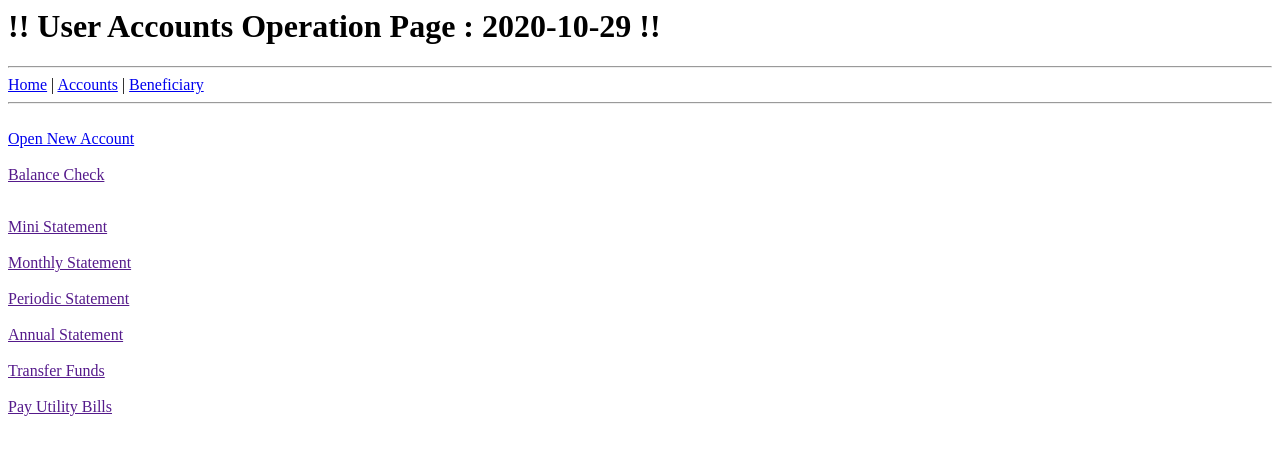
Repository: anik84/ibs
Page: http://localhost/IBS/user_accounts.jsp
These files come from the project's save history. The page is drawn as it stood at one moment and after the next save; the edit follows.
The browser window is 1280 px wide. The pictures show the whole page.
The page is served by Tomcat 9. Other server files are loaded and not shown.

Above is the page before, as saved 2020-10-29 09:10:58.

### IBS_JSPs/IBS/WebContent/user_accounts.jsp
<%@page import="java.time.LocalDate"%>
<html>
<head>
<title>user account operations</title>
</head>
<body>
	<h1>
		!! User Accounts Operation Page :
		<%=LocalDate.now()%>
		!!
	</h1>
	<jsp:include page="user_home_menu.jsp" />

	<br />
	<a href="user_open_account_form.jsp">Open New Account</a><br /><br />

	<form action="displaybalance" method="POST">
		<a href="">Balance Check</a><br /><br />
	</form>

	<a href="">Mini Statement</a><br /><br />
	<a href="">Monthly Statement</a><br /><br />
	<a href="">Periodic Statement</a><br /><br />
	<a href="">Annual Statement</a><br /><br />
	<a href="">Transfer Funds</a><br /><br />
	<a href="">Pay Utility Bills</a><br /><br />

</body>
</html>

### IBS_JSPs/IBS/WebContent/user_home_menu.jsp
<nav>
	<hr />
	 <a href="user_home.jsp">Home</a>
	 <span> | </span>
	 <a href="user_accounts.jsp">Accounts</a>
	 <span> | </span>
	 <a href="user_beneficiary.jsp">Beneficiary</a>
	<hr />
</nav>

After the next save:
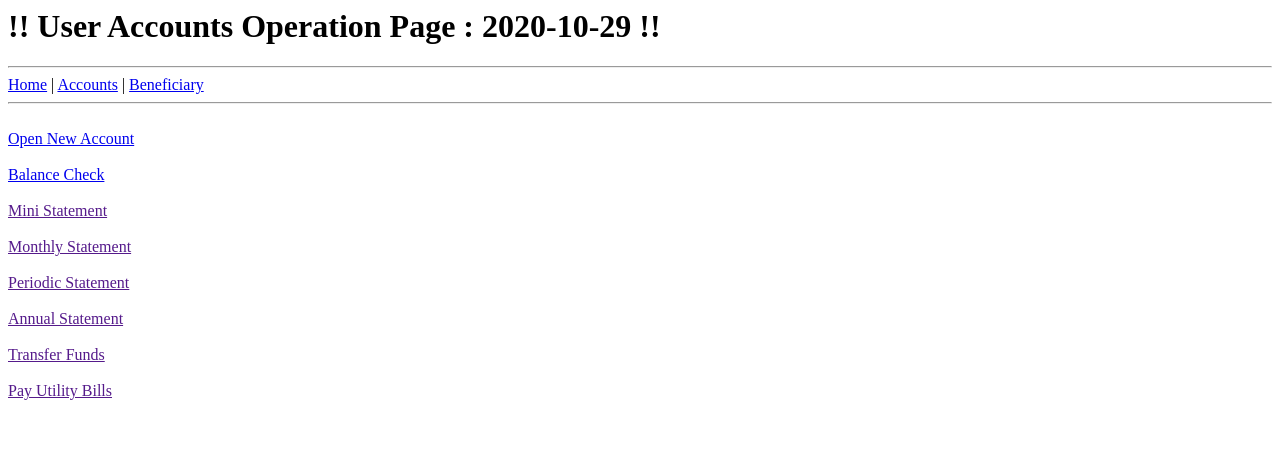
Saved 2 min 57 s later.
--- a/IBS_JSPs/IBS/WebContent/user_accounts.jsp
+++ b/IBS_JSPs/IBS/WebContent/user_accounts.jsp
@@ -13,10 +13,13 @@
 
 	<br />
 	<a href="user_open_account_form.jsp">Open New Account</a><br /><br />
+	<a href="user_balance_check_display_form.jsp">Balance Check</a><br /><br />
 
+	<!--  need to check if on click value can be retrieved for user_balance_check_display_form.jsp
 	<form action="displaybalance" method="POST">
 		<a href="">Balance Check</a><br /><br />
 	</form>
+	-->
 
 	<a href="">Mini Statement</a><br /><br />
 	<a href="">Monthly Statement</a><br /><br />
